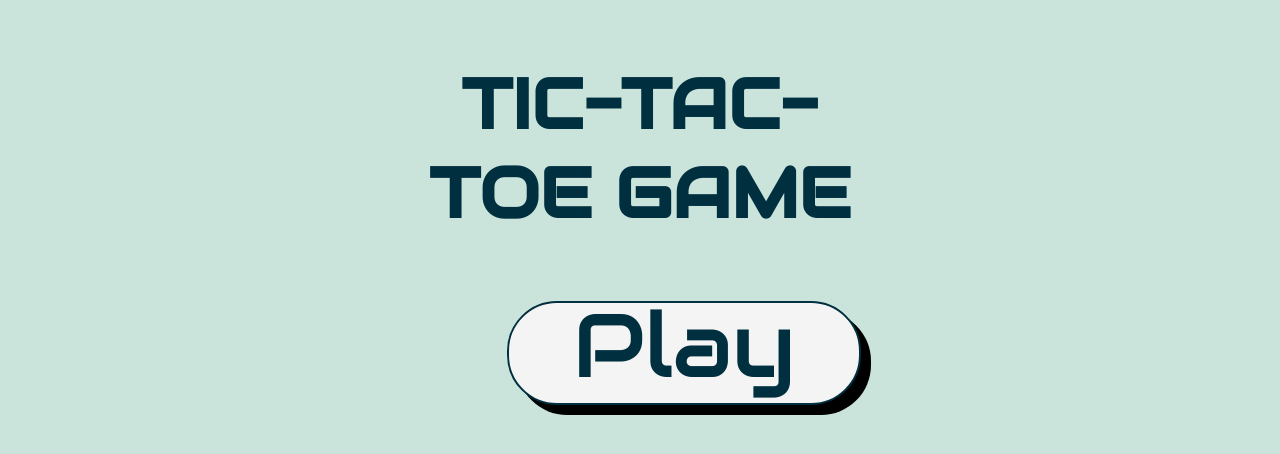
Repository: blackSky1213/tic-tac-toe
Page: index.html
These files come from the project's save history. The page is drawn as it stood at one moment and after the next save; the edit follows.
The browser window is 1280 px wide. The pictures show the whole page.

Above is the page before, as saved 2020-12-28 21:01:40.

After the next save:
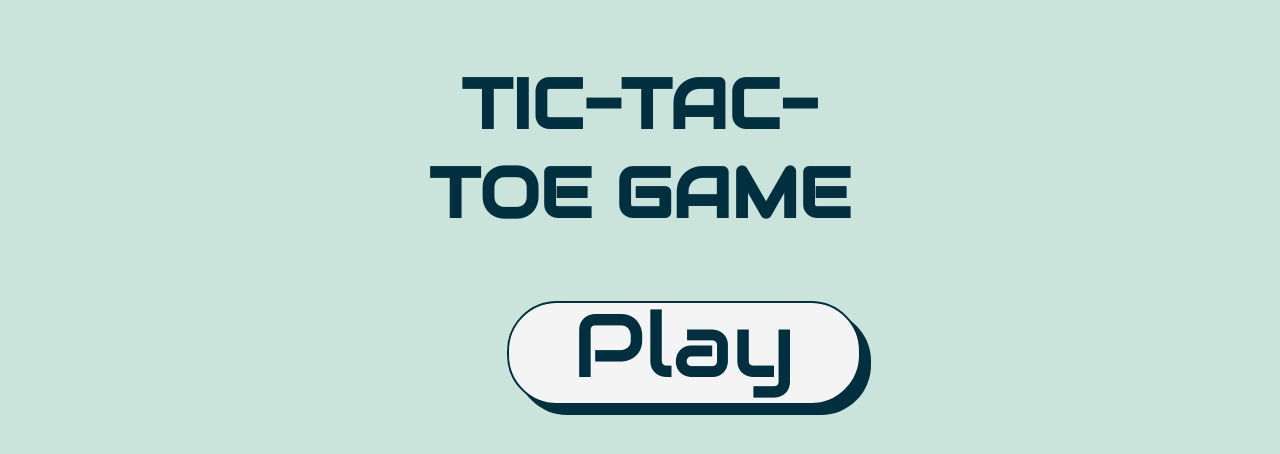
Saved 7 s later.
--- a/styles/index.css
+++ b/styles/index.css
@@ -19,7 +19,7 @@ body{
     text-align: center;
     font-size: 90px;
     border:solid 2px #00303f;
-    box-shadow:10px 10px ;
+    box-shadow:10px 10px  #00303f;
 
 
 }
